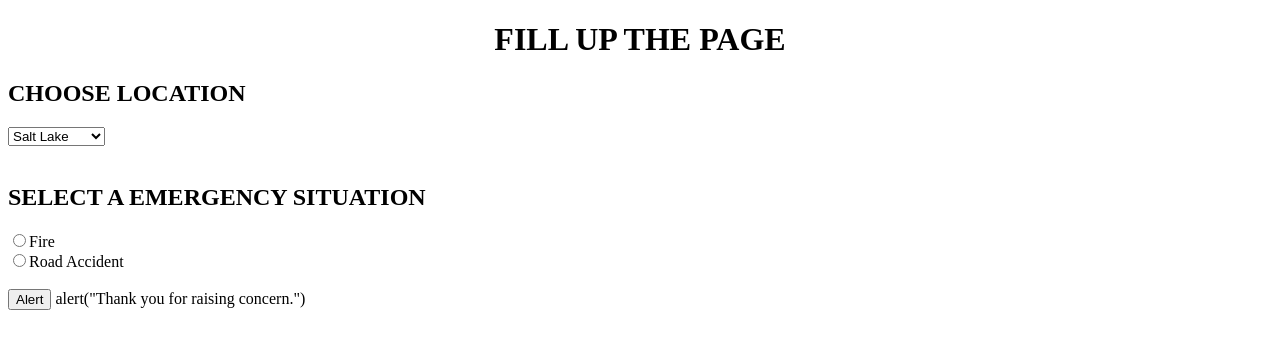
Repository: jeetlovely/ems
Page: EmergencyManagement/WebContent/userpage.html
The author's editor kept a copy of each file at every save. The page is drawn from the files as they stood at one save, then again after the next save.
The browser window is 1280 px wide. The pictures show the whole page.

Above is the page before, as saved 2018-04-29 17:43:22.

After the next save:
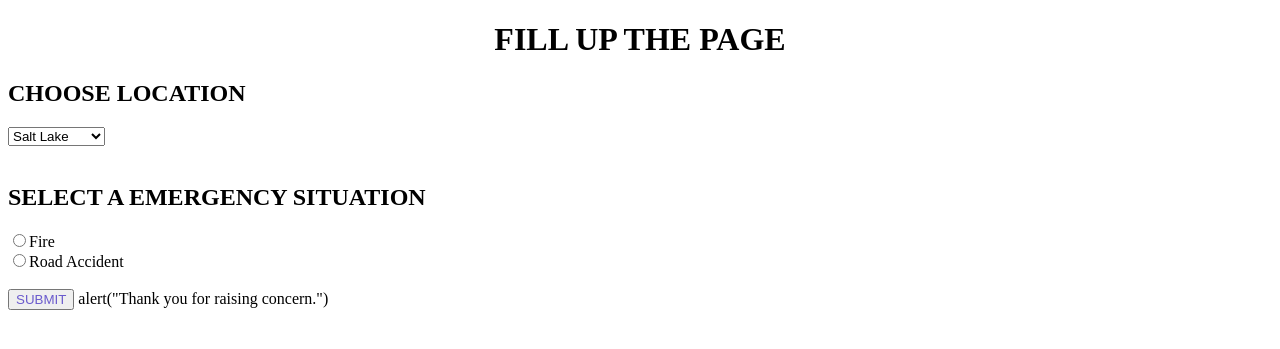
Saved 7 min 19 s later.
--- a/EmergencyManagement/WebContent/userpage.html
+++ b/EmergencyManagement/WebContent/userpage.html
@@ -20,7 +20,7 @@
 <input type="radio" name="accidentType" value="msp101">Fire<br>
 <input type="radio" name="accidentType" value="msp102">Road Accident<br><br>
 
-<input type="submit" value="Alert" onclick="popup()">
+<input type="submit" value="SUBMIT" onclick="popup()" style="color: slateblue">
 <script>
 function popup(){
 	alert("Thank You");
